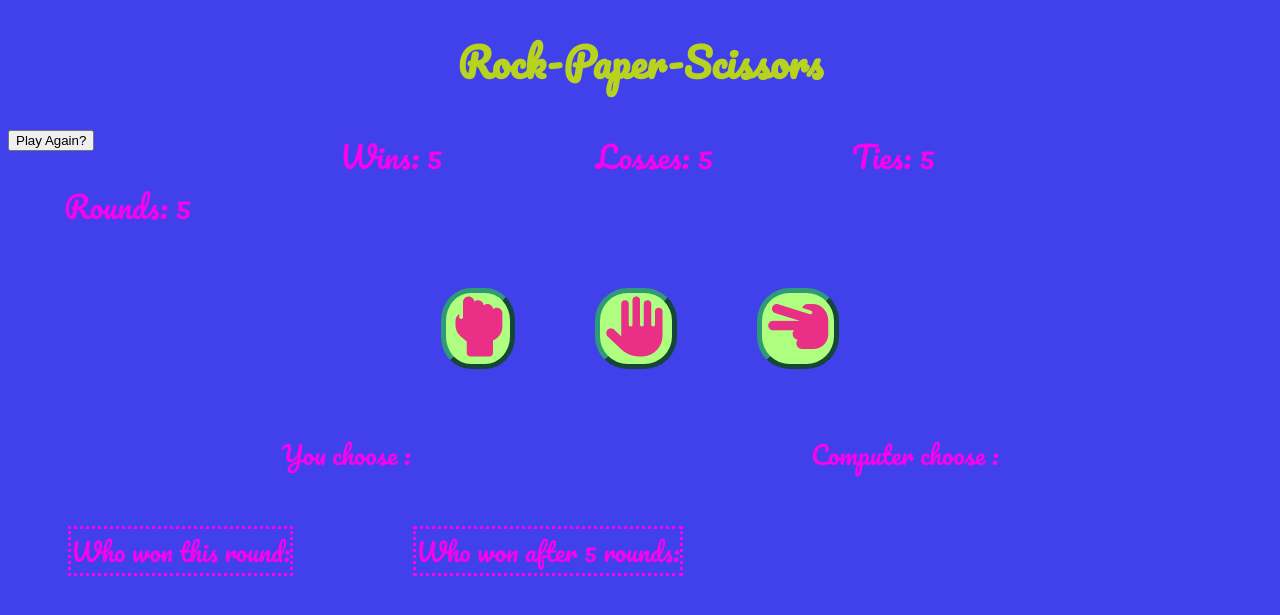
Repository: 0101chaitanya/Rock-Paper-Scissors
Page: index.html
An editor plug-in stored every save of this project. The page is shown before and after a run of saves, followed by the edit.
The browser window is 1280 px wide. The pictures show the whole page.
Some web libraries are served in a nearby version.

Above is the page before, as saved 2021-05-15 15:48:54.
Not found: linkk.js

### index.html
<!DOCTYPE html>
<html>

<head>
    <meta charset="utf-8">
    <title>Rock-Paper-Scissors</title>
    <link rel="stylesheet" href="style.css">
    <script src="https://kit.fontawesome.com/3dcaf9f6de.js" crossorigin="anonymous"></script>
    <link rel="preconnect" href="https://fonts.gstatic.com">
    <link href="https://fonts.googleapis.com/css2?family=Pacifico&display=swap" rel="stylesheet">
</head>

<body>
    <h1 id="welcome">Rock-Paper-Scissors</h1>
    <div id="div1">
        <span id="wins" class="score">Wins: 5</span>
        <span id="losses" class="score">Losses: 5</span>
        <span id="ties" class="score">Ties: 5</span>
    </div>
    <div id="div2">
        <span id="rounds">Rounds: 5</span>
    </div>
    <div id="div3">
        <button class="square" id="holder1" href="#"><i class="fas fa-hand-rock"></i></button>
        <button class="square" id="holder2" href="#"><i class="fas fa-hand-paper"></i></button>
        <button class="square" id="holder3" href="#"><i class="fas fa-hand-scissors"></i></button>
    </div>
    <div id="div4">
        <span id="you" class="player">You choose :</span>
        <span id="computer" class="player">Computer choose :</span>
    </div>
    <div id="div5">
        <span id="roundwin" class="round">Who won this round:</span>
        <span id="round5er" class="round">Who won after 5 rounds:</span>
    </div>
    <button id="repeat">Play Again?</button>
    <script type="text/javascript" src="linkk.js"></script>
</body>

</html>

### style.css
html{
    margin: 0;
    font-family: 'Pacifico', cursive;
    background-color:rgb(65, 65, 236);
display: block;
}

h1  {
       text-align: center;
     color:rgb(184, 211, 30) ;
    font-size: 40px;
}
#div1{
     display: flex;
     justify-content: space-evenly;
     font-size: 30px;
     color:rgb(248, 3, 236);
    position : fixed;
    top: 18%;
    }
.score {
        margin: auto 20px ;
    }
    #wins {
       position: fixed;
        left: 25%;

    }
    #losses {
       position: fixed;
        left: 45%;

    }
    #ties {
       position: fixed;
        left: 65%;

    }

#div2 {
     display: flex;
     justify-content: space-evenly;
     font-size: 30px;
     color:rgb(248, 3, 236);
    position : fixed;
    top: 25%;
    left: 5%;
}
 #div3 {
display: flex;
flex-direction: row;
justify-content:center;
position: fixed;
top: 40%;
align-content: center;
left: 50%;
right: 50%;
padding:0;
  }
.square{
    background-color: rgb(174, 255, 127);
    font-size: 60px;
    display: inline-block;
color: rgb(233, 47, 134);
border-radius: 40%;
border-width: 5px;
border-color:rgb(46, 155, 118);
margin:auto 40px;
}
#div4 {
     display: flex;
     flex-direction: row;
     justify-content: center;
     font-size: 25px;
     color:rgb(248, 3, 236);
    position : fixed;
    top: 60%;
    padding: auto;

}
#you {
   position: fixed;
        left: 22%;

}
#computer {
     position: fixed;
        right: 22%;

}
#div5 {
     display: flex;
     flex-direction: row;
     justify-content: center;
     font-size: 25px;
     color:rgb(248, 3, 236);
    position : fixed;
    top: 73%;
    padding: auto;

}
.round {
    margin: auto 60px;
    display: flex;
    flex-direction: row;
    border-style:dotted;
    flex-wrap: nowrap;
}

After the next 2 saves:
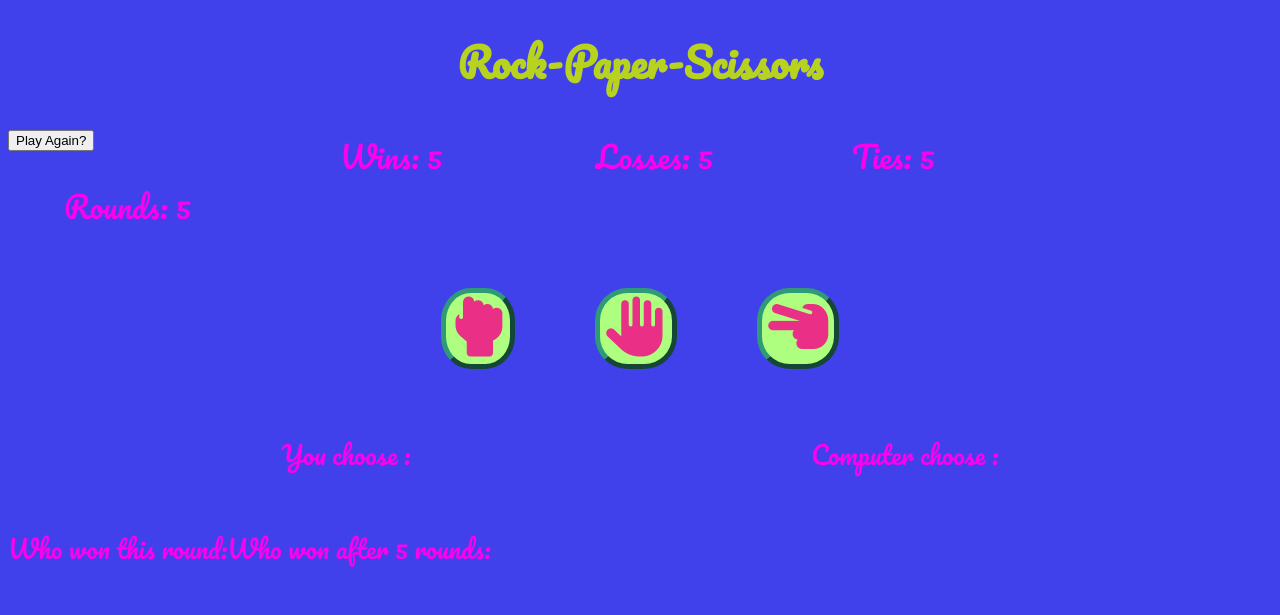
The 2 saves are shown as one change because they came seconds apart.
The last was saved 12 s later.
--- a/style.css
+++ b/style.css
@@ -99,10 +99,3 @@ margin:auto 40px;
     padding: auto;
 
 }
-.round {
-    margin: auto 60px;
-    display: flex;
-    flex-direction: row;
-    border-style:dotted;
-    flex-wrap: nowrap;
-}
